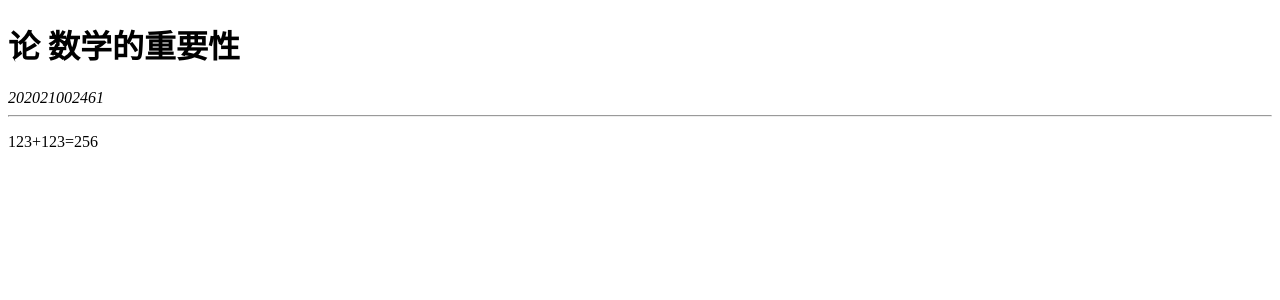
Repository: fixbb/workspace
Page: 001博客/index.html
An editor plug-in stored every save of this project. The page is shown before and after the next save, followed by the edit.
The browser window is 1280 px wide. The pictures show the whole page.

Above is the page before, as saved 2021-08-23 10:34:24.

### 001博客/index.html
<!DOCTYPE html>
<html lang="en">
<head>
    <meta charset="UTF-8">
    <meta http-equiv="X-UA-Compatible" content="IE=edge">
    <meta name="viewport" content="width=device-width, initial-scale=1.0">
    <title>Document</title>
</head>
<body>
    <h1>论&nbsp数学的重要性</h1>
    <i>202021002461</i>
    <hr>
    <p>123+123=256</p>
</body>
</html>

After the next save:
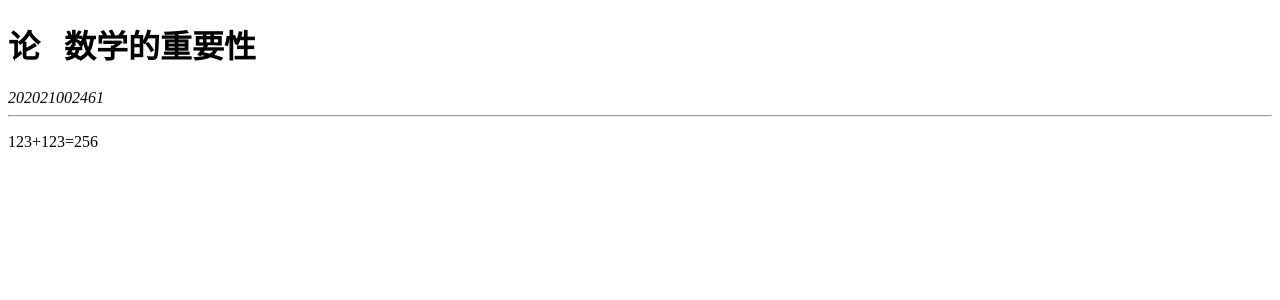
Saved 6 s later.
--- a/001博客/index.html
+++ b/001博客/index.html
@@ -7,7 +7,7 @@
     <title>Document</title>
 </head>
 <body>
-    <h1>论&nbsp数学的重要性</h1>
+    <h1>论 &nbsp 数学的重要性</h1>
     <i>202021002461</i>
     <hr>
     <p>123+123=256</p>
